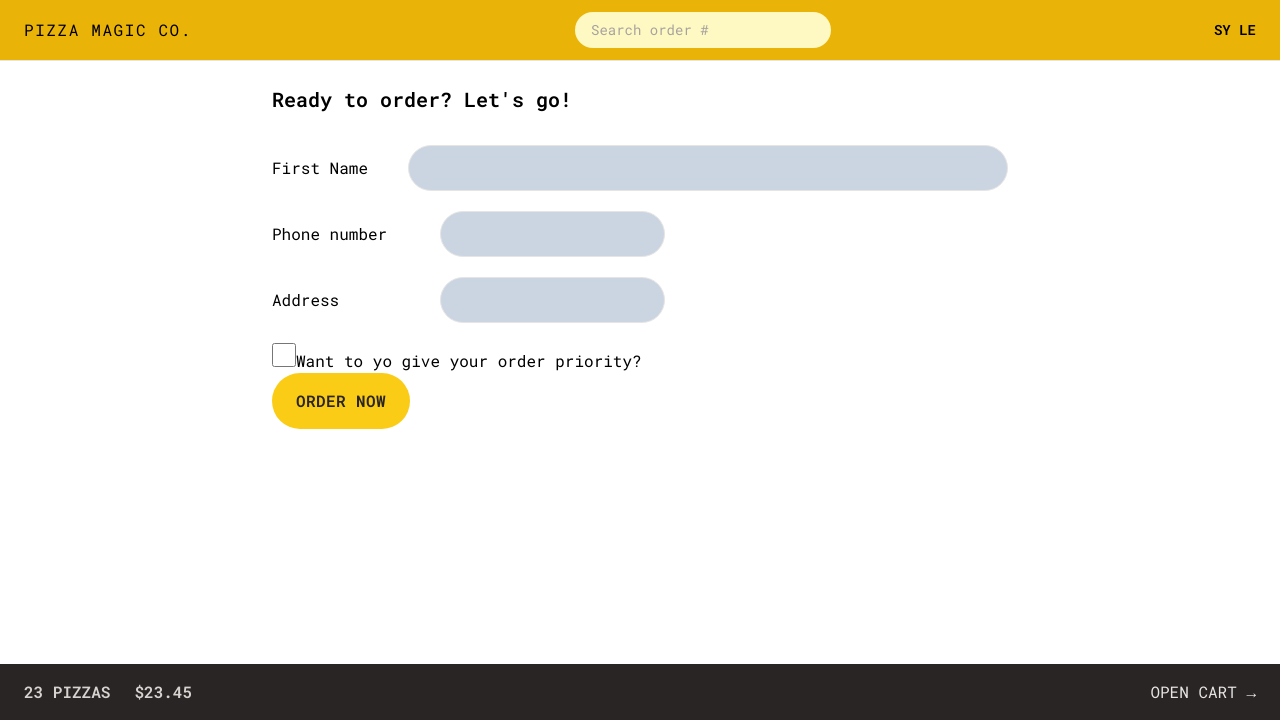
Repository: SyLe-Van/The-Pizza-Magic-web
Page: /order/new
These files come from the project's save history. The page is drawn as it stood at one moment and after the next save; the edit follows.
The browser window is 1280 px wide. The pictures show the whole page.
The project was rebuilt for these pictures with package versions that can differ from the ones it lists, and the page was loaded fresh each time. Also part of the build but not shown: vite.config.js, src/features/user/CreateUser.jsx, src/ui/Home.jsx, src/ui/Loader.jsx, src/features/menu/Menu.jsx, src/ui/LinkButton.jsx, src/utils/helpers.js, src/features/cart/CartItem.jsx and 3 more. Imported but missing from the stored project, and not drawn on this page: src/features/menu/MenuItem.

Above is the page before, as saved 2024-07-28 18:43:25.

### index.html
<!doctype html>
<html lang="en">
  <head>
    <meta charset="UTF-8" />
    <link rel="icon" type="image/svg+xml" href="/vite.svg" />
    <meta name="viewport" content="width=device-width, initial-scale=1.0" />
    <link rel="preconnect" href="https://fonts.googleapis.com">
    <link rel="preconnect" href="https://fonts.gstatic.com" crossorigin>
    <link href="https://fonts.googleapis.com/css2?family=Roboto+Mono:ital,wght@0,100..700;1,100..700&display=swap"
      rel="stylesheet">
    <title>Vite + React</title>
  </head>
  <body clas="bg-stone-100 text-stone-700">
    <div id="root"></div>
    <script type="module" src="/src/main.jsx"></script>
  </body>
</html>

### src/App.jsx
import {RouterProvider, createBrowserRouter } from "react-router-dom"
import Home from "./ui/Home"
import AppLayout from "./ui/AppLayout"
import Menu, {loader as menuLoader} from "./features/menu/Menu"
import Cart from "./features/cart/Cart"
import Error from "./ui/Error"
import CreateOrder, {action as CreateOrderAction} from "./features/order/CreateOrder"
import Order, {loader as orderLoader} from "./features/order/Order"
const router = createBrowserRouter([
  {
    element: <AppLayout />,
    errorElement: <Error />,
    children: [
      {
        path: "/",
        element: <Home />
      },
      {
        path: "/menu",
        element: <Menu />,
        loader: menuLoader,
        errorElement: <Error />,
      },
      {
        path: "/cart",
        element: <Cart />
      },
      {
        path: "/order/new",
        element: <CreateOrder />,
        action: CreateOrderAction,
      },
      {
        path: "/order/:orderId",
        element: <Order />,
        loader: orderLoader,
        errorElement: <Error />,
      }
    ]
  },


])

export default function App() {
  return <RouterProvider router={router} />
}

### src/index.css
@tailwind base;
@tailwind components;
@tailwind utilities;

@layer components {
  .input{
    @apply
      rounded-full
       md:px-6 md:py-3
        focus:ring
        focus:ring-yellow-400
         focus:outline-none
          border
           border-stone-200
            w-full px-4 py-2
            text-sm transition-all
             duration-300
              placeholder:text-stone-400
               bg-slate-300

  }
    .loader {
      width: 45px;
      aspect-ratio: 0.75;
      --c: no-repeat linear-gradient(theme(colors.stone.800) 0 0);
      background: var(--c) 0% 50%, var(--c) 50% 50%, var(--c) 100% 50%;
      background-size: 20% 50%;
      animation: loading 1s infinite linear;
    }

    @keyframes loading {
      20% {
        background-position: 0% 0%, 50% 50%, 100% 50%;
      }

      40% {
        background-position: 0% 100%, 50% 0%, 100% 50%;
      }

      60% {
        background-position: 0% 50%, 50% 100%, 100% 0%;
      }

      80% {
        background-position: 0% 50%, 50% 50%, 100% 100%;
      }
    }
}
/* body {
  font-family: system-ui, -apple-system, BlinkMacSystemFont, 'Segoe UI', Roboto,
    Oxygen, Ubuntu, Cantarell, 'Open Sans', 'Helvetica Neue', sans-serif;
  background-color: #f7f7f7;
  color: #444;
}

.layout {
  display: grid;
  grid-template-rows: auto 1fr auto;
  gap: 32px;
  height: 100dvh;

} */

/* https://dev.to/afif/i-made-100-css-loaders-for-your-next-project-4eje */

### src/ui/AppLayout.jsx
import { Outlet, useNavigation } from "react-router-dom";
import CartOverview from "../features/cart/CartOverview";
import Header from "./Header";
import Loader from "./Loader";
export default function AppLayout() {
    const navigation = useNavigation()
    const isLoading = navigation.state === "loading"
    return (
        <div className="grid h-screen grid-rows-[auto_1fr_auto]">
            {isLoading && <Loader />}
            <Header />
            <div className="overflow-scroll">
                <main className="mx-auto max-w-3xl ">
                    <Outlet />
                </main>
            </div>
            <CartOverview />
        </div>
    )
}

### src/features/order/CreateOrder.jsx
import { useState } from "react";
import Button from "../../ui/Button";
import { Form, redirect, useNavigation, useActionData  } from "react-router-dom";
import { createOrder } from "../../services/apiRestaurant.js";
// https://uibakery.io/regex-library/phone-number
const isValidPhone = (str) =>
  /^\+?\d{1,4}?[-.\s]?\(?\d{1,3}?\)?[-.\s]?\d{1,4}[-.\s]?\d{1,4}[-.\s]?\d{1,9}$/.test(
    str
  );

const fakeCart = [
  {
    pizzaId: 12,
    name: "Mediterranean",
    quantity: 2,
    unitPrice: 16,
    totalPrice: 32,
  },
  {
    pizzaId: 6,
    name: "Vegetale",
    quantity: 1,
    unitPrice: 13,
    totalPrice: 13,
  },
  {
    pizzaId: 11,
    name: "Spinach and Mushroom",
    quantity: 1,
    unitPrice: 15,
    totalPrice: 15,
  },
];

function CreateOrder() {
  const navigation = useNavigation();
  const isSubmitting = navigation.state === "submitting";
  // const [withPriority, setWithPriority] = useState(false);
  const formErrors = useActionData();

  const cart = fakeCart;

  return (
    <div className="px-4 py-6 ">
      <h2 className="text-xl font-semibold mb-8">Ready to order? Let's go!</h2>
      {/* <form method="POST" action="/order/new"></form> */}
      <Form method="POST">
        <div className="mb-5 flex gap-2 flex-col sm:flex-row sm:items-center">
          <label className="sm:basis-40">First Name</label>
          <input className="input"  type="text" name="customer" required />
        </div>

        <div className="mb-5 flex gap-2 flex-col sm:flex-row sm:items-center">
          <label className="sm:basis-40">Phone number</label>
          <div>
            <input className="input" type="tel" name="phone" required />
          </div>
          {formErrors?.phone && <p>{formErrors.phone}</p>}
        </div>

        <div className="mb-5 flex gap-2 flex-col sm:flex-row sm:items-center">
          <label className="sm:basis-40">Address</label>
          <div>
            <input className="input" type="text" name="address" required />
          </div>
        </div>

        <div>

          <input
            className="h-6  w-6 accent-yellow-400 focus:ring-offset-2 focus:ring focus:outline-none focus:ring-yellow-400 "
            type="checkbox"
            name="priority"
            id="priority"
            // value={withPriority}
            // onChange={(e) => setWithPriority(e.target.checked)}
          />
          <label htmlFor="priority">Want to yo give your order priority?</label>
        </div>

        <div>
          <input type="hidden" name="cart" value={JSON.stringify(cart)} />
          <Button type="primary" disabled={isSubmitting}>{isSubmitting ? "Placing order..." : "Order now"} </Button>
        </div>
      </Form>
    </div>
  );s
}

export async function action({request}) {
  const formData = await request.formData();
  const data = Object.fromEntries(formData);
  console.log(data);

  const order = {
    ...data,
    cart: JSON.parse(data.cart),
    priority: data.priority === "on",
  }


  const errors = {}
  if(!isValidPhone(order.phone)) {
    errors.phone = "Invalid phone number"
  }
  if (Object.keys(errors).length > 0) return errors;

  const newOrder = await createOrder(order)

  return redirect(`/order/${newOrder.id}`)
}

export default CreateOrder;

### src/features/cart/CartOverview.jsx
import { Link } from "react-router-dom";

export default function CartOverview() {
  return (
    <div className="bg-stone-800 text-stone-200 py-4 justify-between uppercase  px-4 sm:px-6 md:text-base flex items-center">
      <p className="text-stone-300 font-semibold space-x-4 sm:space-x-6">
        <span>23 pizzas</span>
        <span>$23.45</span>
      </p>
      <Link to='/cart'>Open cart &rarr;</Link>
    </div>
  );
}

### src/ui/Header.jsx
import { Link } from "react-router-dom";
import Username from "../features/user/Username";
import SearchOrder from "../features/order/SearchOrder";

export default function Header() {
    return (
        <header className="bg-yellow-500  flex items-center justify-between uppercase py-3 px-4 border-b border-stone-200 sm:px-6">
            <Link className="tracking-widest" to="/">Pizza Magic Co.</Link>
            <SearchOrder />

            <Username />

        </header>
    )
}

### src/services/apiRestaurant.js
const API_URL = 'https://react-fast-pizza-api.onrender.com/api';

export async function getMenu() {
  const res = await fetch(`${API_URL}/menu`);

  // fetch won't throw error on 400 errors (e.g. when URL is wrong), so we need to do it manually. This will then go into the catch block, where the message is set
  if (!res.ok) throw Error('Failed getting menu');

  const { data } = await res.json();
  return data;
}

export async function getOrder(id) {
  const res = await fetch(`${API_URL}/order/${id}`);
  if (!res.ok) throw Error(`Couldn't find order #${id}`);

  const { data } = await res.json();
  return data;
}

export async function createOrder(newOrder) {
  try {
    const res = await fetch(`${API_URL}/order`, {
      method: 'POST',
      body: JSON.stringify(newOrder),
      headers: {
        'Content-Type': 'application/json',
      },
    });

    if (!res.ok) throw Error();
    const { data } = await res.json();
    return data;
  } catch {
    throw Error('Failed creating your order');
  }
}

export async function updateOrder(id, updateObj) {
  try {
    const res = await fetch(`${API_URL}/order/${id}`, {
      method: 'PATCH',
      body: JSON.stringify(updateObj),
      headers: {
        'Content-Type': 'application/json',
      },
    });

    if (!res.ok) throw Error();
    // We don't need the data, so we don't return anything
  } catch (err) {
    throw Error('Failed updating your order');
  }
}

### src/ui/Button.jsx
import { Link } from "react-router-dom";
function Button({ children, disabled, to , type}) {

    const base = "bg-yellow-400 focus:outline-none focus:ring-offset-2 focus:ring focus:ring-yellow-300 focus:bg-yellow-300 duration-300 transition-colors uppercase font-semibold   text-stone-800 inline-block  tracking-wide rounded-full hover:bg-yellow-300 disabled:cursor-not-allowed "
    const styles = {
        secondary: "focus:outline-none hover:text-stone-800 border-2 py-2.5 px-4 md:px-6 md:py-3.5 border-stone-300 focus:ring-offset-2 focus:ring focus:ring-stone-200 focus:bg-stone-300 duration-300 transition-colors uppercase font-semibold   text-stone-400 inline-block  tracking-wide rounded-full hover:bg-stone-300 disabled:cursor-not-allowed ",
        primary: base + "py-3 px-4 md:px-6 md:py-4",
        small: base + "px-4 py-2 md:px-5 md:py-2.5 text-xs"
    }
    if (to) {
        return <Link className={styles[type]} to={to}>{children}</Link>
    }
    return <button disabled={disabled} className={styles[type]}>
      {children}
  </button>
}
export default Button;

### src/features/user/Username.jsx
function Username() {
    return (
        <div className="text-sm hidden font-semibold md:block">Sy Le</div>
    )
}

export default Username;

### src/features/order/SearchOrder.jsx
import {useState} from 'react';
import { useNavigate } from 'react-router-dom';
export default function SearchOrder() {
    const [query, setQuery] = useState("");
    const navigate = useNavigate()

    function handleSubmit(e) {
        e.preventDefault();
        if (!query) return;
        navigate('/order/' + query)
        setQuery("")
    }
    return (
        <form onSubmit={handleSubmit}>
            <input  placeholder="Search order #"
                value={query}
                onChange={e => setQuery(e.target.value)}
                className='w-28 transition-all duration-300 focus:ring-opacity-50 rounded-full bg-yellow-100 px-4 py-2 text-sm placeholder:text-stone-400 sm:w-64 sm:focus:focus:w-72 focus:outline-none focus:ring focus:ring-yellow-500'
            />
        </form>
    )
}

### tailwind.config.js
/** @type {import('tailwindcss').Config} */
module.exports = {
  content: ["./index.html", "./src/**/*.{html,js,jsx,tsx}"],
  theme: {
    fontFamily: {
      sans: "Roboto Mono, monospace",
    },

    extend: {
      fontSize: {
        huge: ["8rem", { lineHeight: "1" }],
      },
      height: {
        screen: "100dvh",
      },
    },
  },
  plugins: [],
};

Loaded but not shown: src/main.jsx (common file)

After the next save:
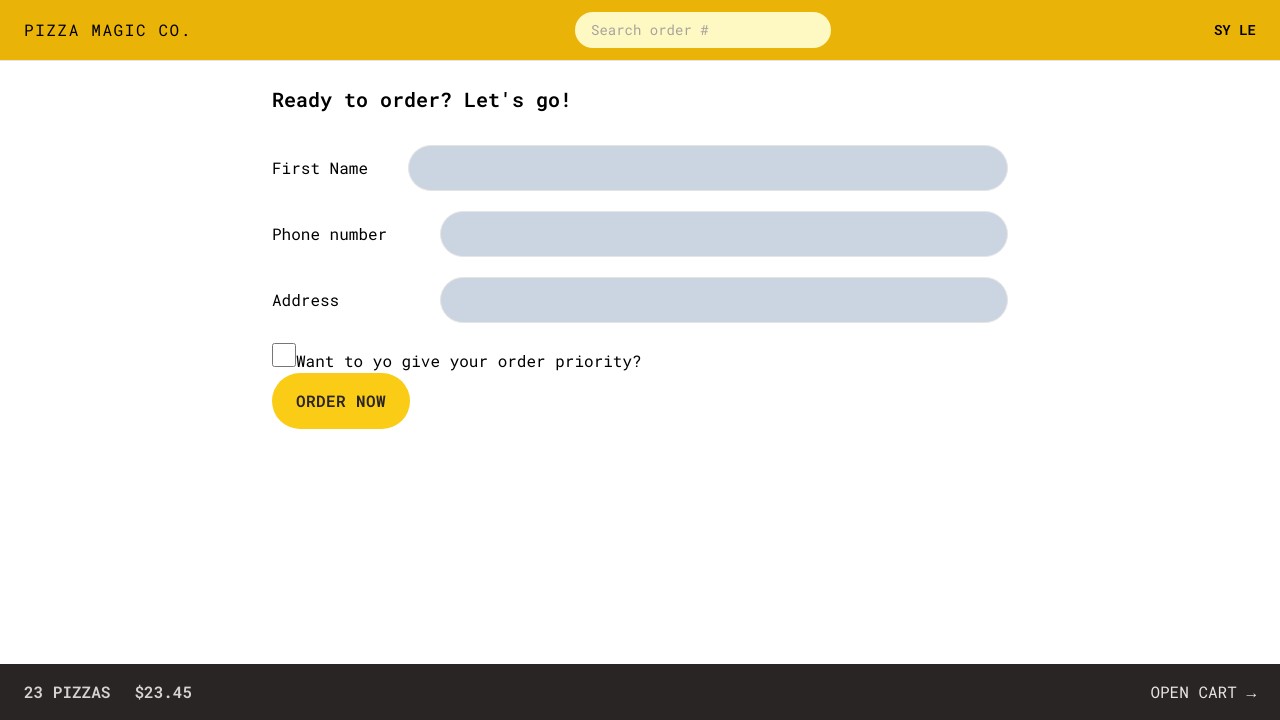
Saved 54 s later.
--- a/src/features/order/CreateOrder.jsx
+++ b/src/features/order/CreateOrder.jsx
@@ -52,7 +52,7 @@ function CreateOrder() {
 
         <div className="mb-5 flex gap-2 flex-col sm:flex-row sm:items-center">
           <label className="sm:basis-40">Phone number</label>
-          <div>
+          <div className="grow">
             <input className="input" type="tel" name="phone" required />
           </div>
           {formErrors?.phone && <p>{formErrors.phone}</p>}
@@ -60,7 +60,7 @@ function CreateOrder() {
 
         <div className="mb-5 flex gap-2 flex-col sm:flex-row sm:items-center">
           <label className="sm:basis-40">Address</label>
-          <div>
+          <div className="grow">
             <input className="input" type="text" name="address" required />
           </div>
         </div>

After the 2 saves that followed:
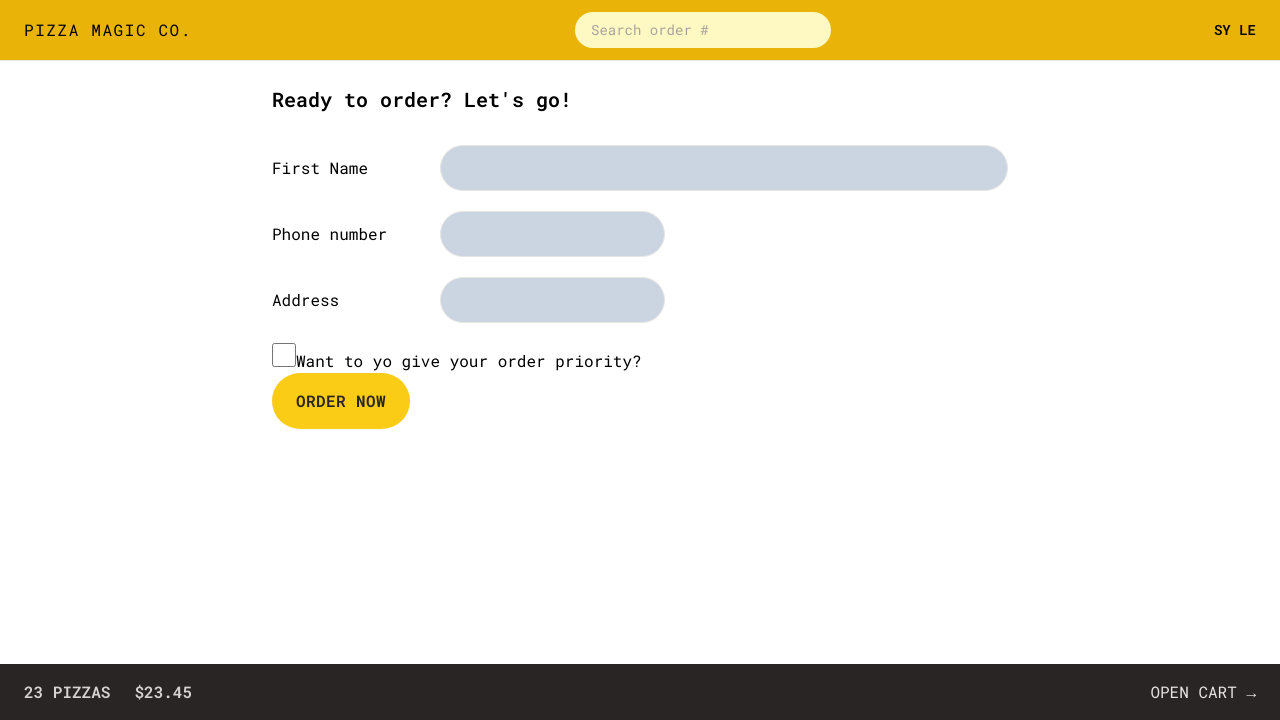
The 2 saves are shown as one change because 1 left the picture as it was.
The last was saved 118 s later.
--- a/src/index.css
+++ b/src/index.css
@@ -12,7 +12,7 @@
          focus:outline-none
           border
            border-stone-200
-            w-full px-4 py-2
+             px-4 py-2
             text-sm transition-all
              duration-300
               placeholder:text-stone-400
--- a/src/features/order/CreateOrder.jsx
+++ b/src/features/order/CreateOrder.jsx
@@ -47,7 +47,7 @@ function CreateOrder() {
       <Form method="POST">
         <div className="mb-5 flex gap-2 flex-col sm:flex-row sm:items-center">
           <label className="sm:basis-40">First Name</label>
-          <input className="input"  type="text" name="customer" required />
+          <input className="input grow"  type="text" name="customer" required />
         </div>
 
         <div className="mb-5 flex gap-2 flex-col sm:flex-row sm:items-center">
